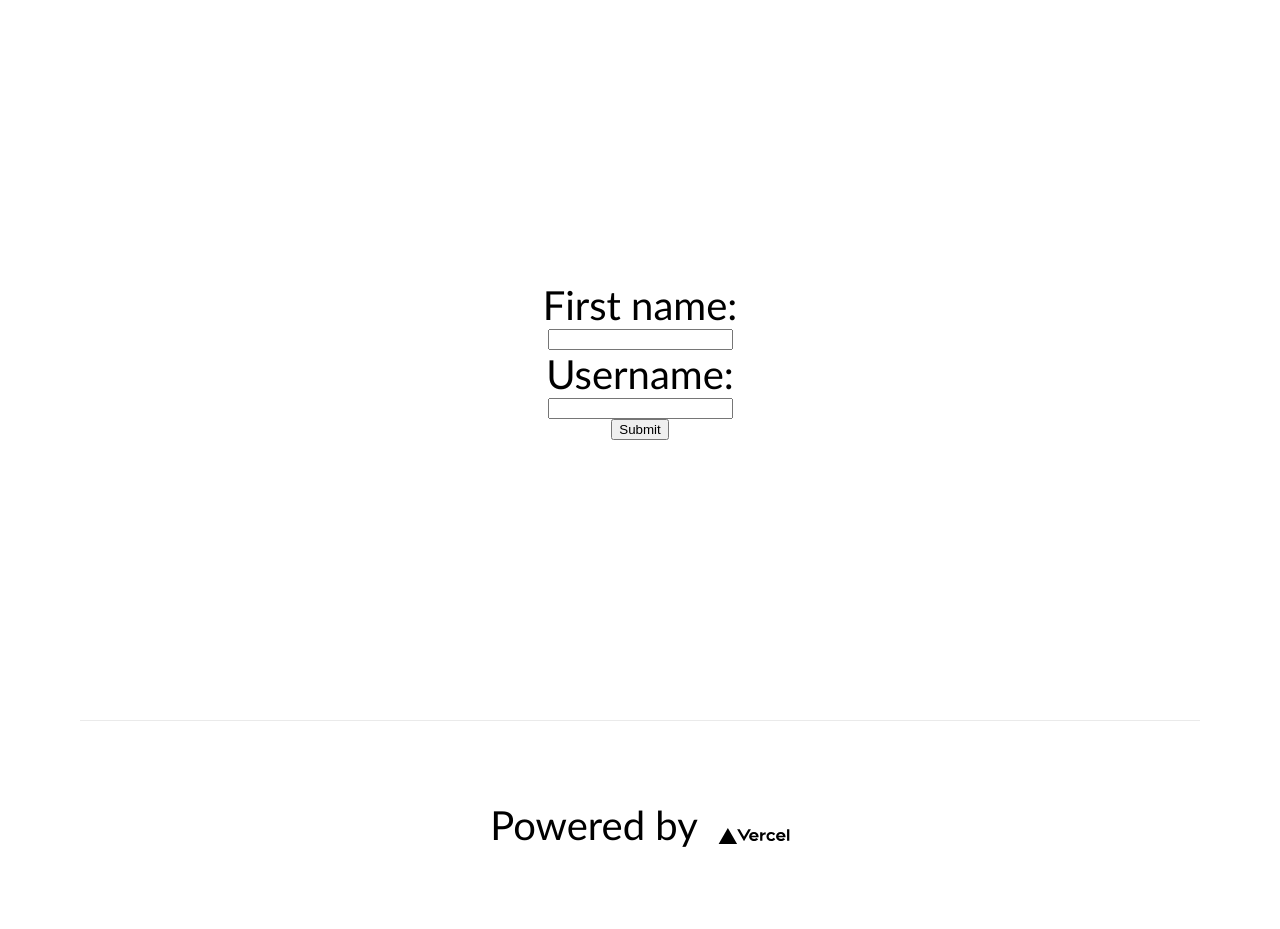
Repository: cartervandekamp/class02-inclass
Page: /
These files come from the project's save history. The page is drawn as it stood at one moment and after the next save; the edit follows.
The browser window is 1280 px wide. The pictures show the whole page.
The project was rebuilt for these pictures with package versions that can differ from the ones it lists, and the page was loaded fresh each time. The framework's server and built-in components were replaced by stand-ins that run in the browser. Also part of the build but not shown: next.config.js.

Above is the page before, as saved 2023-01-16 20:28:39.

After the next save:
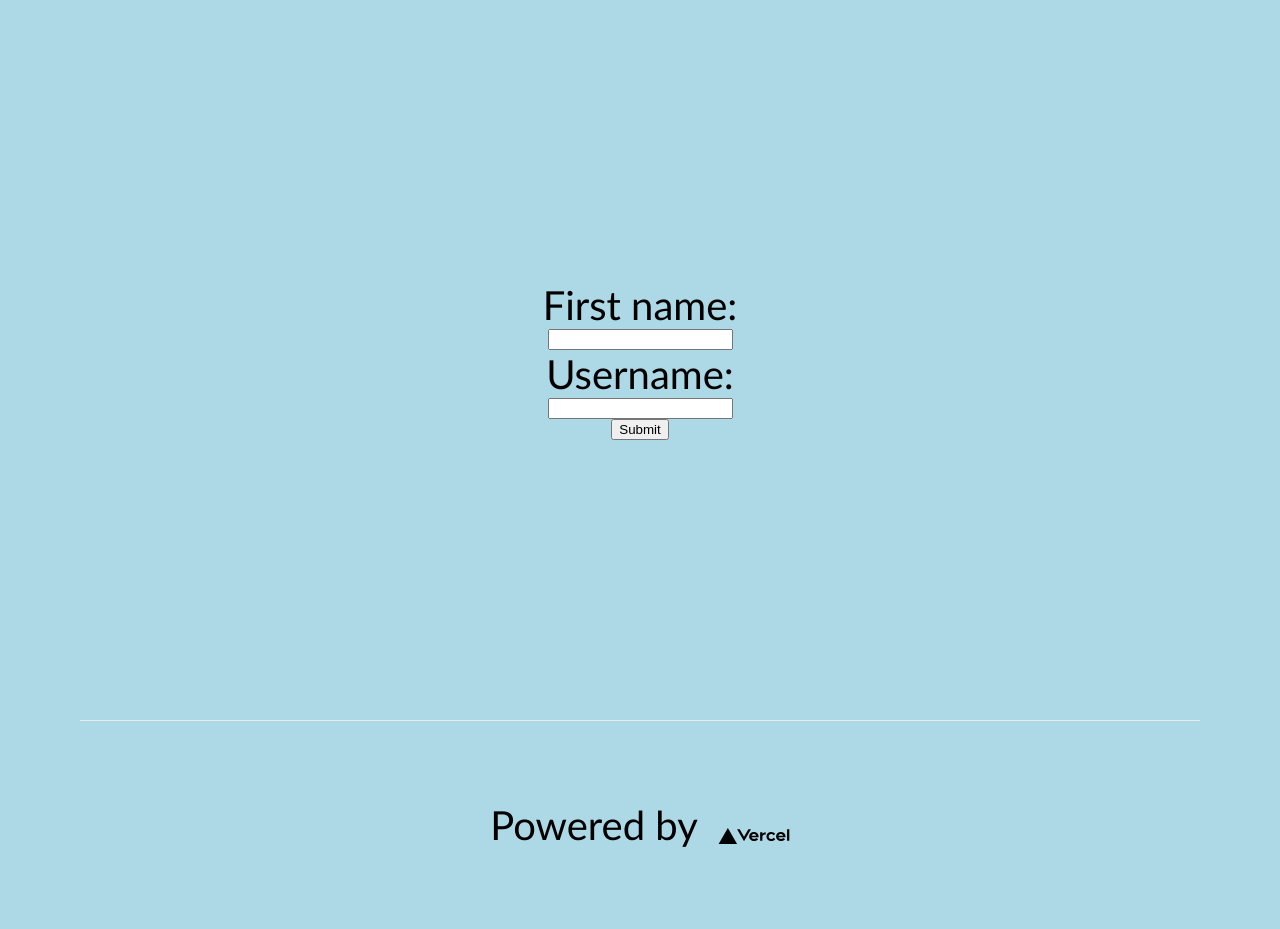
Saved 35 min 8 s later.
--- a/styles/globals.css
+++ b/styles/globals.css
@@ -4,6 +4,7 @@ body {
   margin: 0;
   font-family: 'Gill Sans', 'Gill Sans MT', Calibri, 'Trebuchet MS', sans-serif;
   font-size: 40px;
+  background-color: lightblue;
 
 }
 
